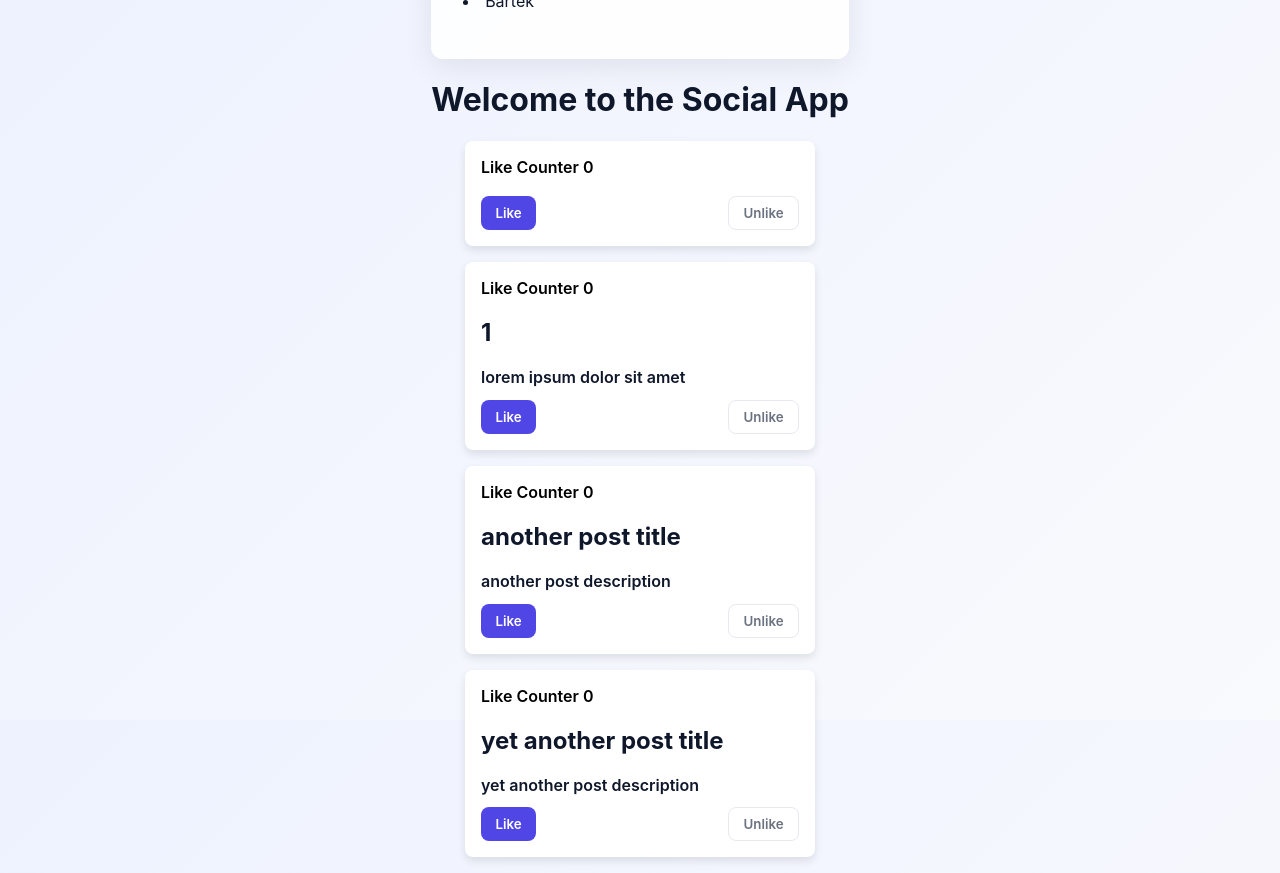
Repository: KrystianTrzy/reactapt
Page: /
These files come from the project's save history. The page is drawn as it stood at one moment and after a run of saves; the edit follows.
The browser window is 1280 px wide. The pictures show the whole page.
The project was rebuilt for these pictures with package versions that can differ from the ones it lists, and the page was loaded fresh each time.

Above is the page before, as saved 2025-11-22 09:33:03.

### src/index.js
import React from 'react';
import ReactDOM from 'react-dom/client';
import './index.css';
import App from './components/App/App';
import LikeCounter from './components/App/LikeCounter/LikeCounter';

const root = ReactDOM.createRoot(document.getElementById('root'));
root.render(
  <React.StrictMode>
    <div>
      <App />
      <h1>Welcome to the Social App</h1>
      <LikeCounter />
      <LikeCounter
        title="1"
        description="lorem ipsum dolor sit amet"
      />

      <LikeCounter
        title="another post title"
        description="another post description"
      />

      <LikeCounter
        title="yet another post title"
        description="yet another post description"
      />
    </div>
  </React.StrictMode>
);

// If you want to start measuring performance in your app, pass a function
// to log results (for example: reportWebVitals(console.log))
// or send to an analytics endpoint. Learn more: https://bit.ly/CRA-vitals

### src/index.css
:root {
	--bg: #f6f8ff;
	--card: #ffffff;
	--accent: #4f46e5;
	--muted: #6b7280;
	--radius: 12px;
}

* {
	box-sizing: border-box;
}

html, body, #root {
	height: 100%;
}

body {
	margin: 0;
	font-family: Inter, system-ui, -apple-system, 'Segoe UI', Roboto, 'Helvetica Neue', Arial;
	background: linear-gradient(135deg, #eef2ff 0%, #f8fafc 100%);
	color: #0f172a;
	-webkit-font-smoothing: antialiased;
	-moz-osx-font-smoothing: grayscale;
}

#root {
	display: flex;
	align-items: center;
	justify-content: center;
	padding: 2rem;
}

.App {
	width: 100%;
	max-width: 920px;
	background: rgba(255,255,255,0.9);
	border-radius: var(--radius);
	box-shadow: 0 8px 30px rgba(2,6,23,0.08);
	padding: 2rem;
}

ul {
	padding-left: 1.1rem;
}

button {
	font-family: inherit;
}

### src/components/App/App.js
import LikeCounter from './LikeCounter/LikeCounter';

function App() {
  const name = "Krystian";
  const names =['Adrian', 'Maciek', 'Pawel', 'Bartek'];
  return (
    <>
      <div className="App">
          <p>
            {name.length > 4 ? name : 'Hello firends'}
          </p>
          <p> {names.map((name) => <li key={name}>{name}</li>) }</p>
      </div>
    </>
  );
}

export default App;

### src/components/App/LikeCounter/LikeCounter.js
import React, { useState } from 'react'
import './LikeCounter.css'

function LikeCounter({ title, description }) {
    const [likes, setLikes] = useState(0);
    const handleLike = () => {
        setLikes(likes + 1);
    };

    const handleUnlike = () => {
        if (likes > 0) {
            setLikes(likes - 1);
        }
    };

    return (
        <div className="post">
            <p style={{ color: likes > 0 ? 'blue' : 'black' }}>Like Counter {likes}</p>
            <h2>{title}</h2>
            <p>{description}</p>
            <div className="actions">
                <button onClick={handleLike}>Like</button>
                <button onClick={handleUnlike}>Unlike</button>
            </div>
        </div>
    )
}

export default LikeCounter;

### src/components/App/LikeCounter/LikeCounter.css
.post {
    box-shadow: 0 4px 8px rgba(0, 0, 0, 0.1);
    padding: 1rem;
    width: 350px;
    border-radius: 0.5rem;
}

.actions {
    display: flex;
    flex-direction: row;
    justify-content: space-between;
}

.post {
    background: var(--card);
    margin: 1rem auto;
    color: #0f172a;
}

.post p {
    margin: 0 0 0.8rem 0;
    font-weight: 600;
}

.actions button {
    padding: 0.5rem 0.9rem;
    border-radius: 8px;
    border: none;
    cursor: pointer;
    font-weight: 600;
}

.actions button:first-child {
    background: var(--accent);
    color: white;
}

.actions button:last-child {
    background: transparent;
    color: var(--muted);
    border: 1px solid #e6e9ef;
}

.actions button:hover {
    transform: translateY(-1px);
}

Loaded but not shown: public/index.html (common file)

After the next 2 saves:
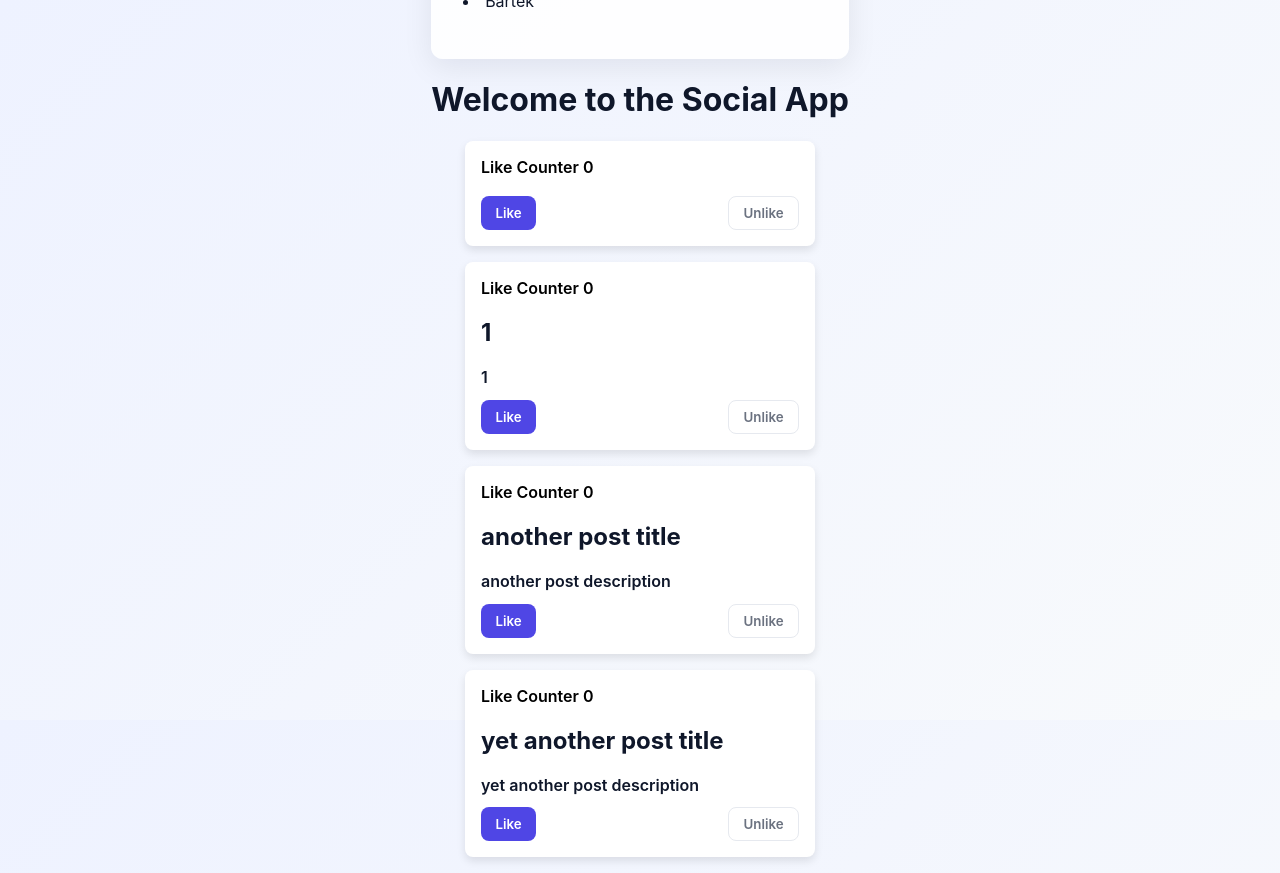
The 2 saves are shown as one change because they came seconds apart.
The last was saved 5 s later.
--- a/src/index.js
+++ b/src/index.js
@@ -13,7 +13,7 @@ root.render(
       <LikeCounter />
       <LikeCounter
         title="1"
-        description="lorem ipsum dolor sit amet"
+        description="1"
       />
 
       <LikeCounter
